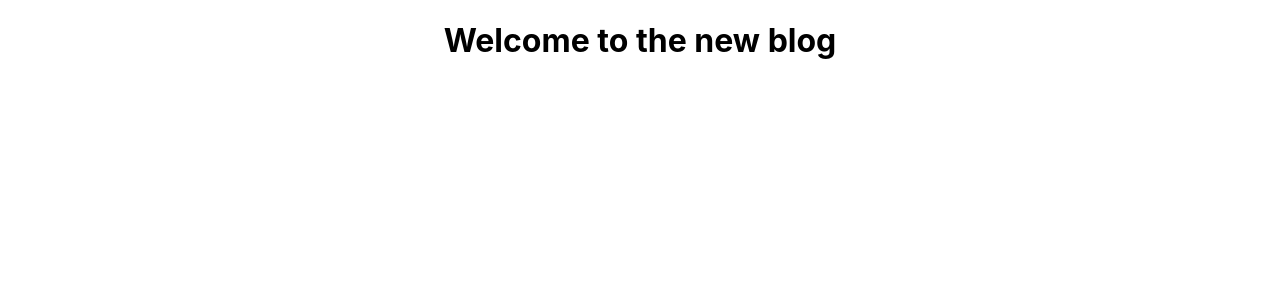
Repository: Samkiroko/full-reacr-ninja
Page: /
The author's editor kept a copy of each file at every save. The page is drawn from the files as they stood at one save, then again after the next save.
The browser window is 1280 px wide. The pictures show the whole page.
The project was rebuilt for these pictures with package versions that can differ from the ones it lists, and the page was loaded fresh each time.

Above is the page before, as saved 2021-07-19 15:54:59.

### src/App.js
import './App.css'

function App() {
  const title = 'Welcome to the new blog'

  return (
    <div className='App'>
      <div className='content'>
        <h1>{title}</h1>
      </div>
    </div>
  )
}

export default App

Loaded but not shown: public/index.html (common file); src/index.js (common file); src/index.css (common file); src/App.css (common file)

After the next save:
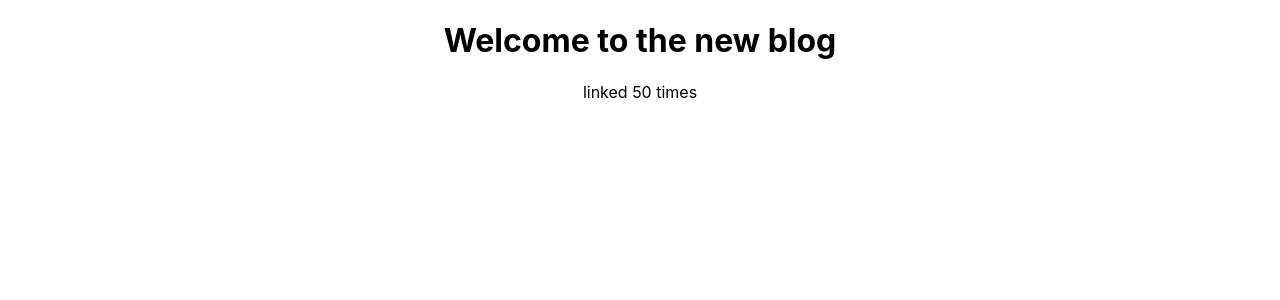
Saved 56 s later.
--- a/src/App.js
+++ b/src/App.js
@@ -2,11 +2,13 @@ import './App.css'
 
 function App() {
   const title = 'Welcome to the new blog'
+  const likes = 50
 
   return (
     <div className='App'>
       <div className='content'>
         <h1>{title}</h1>
+        <p>linked {likes} times</p>
       </div>
     </div>
   )
